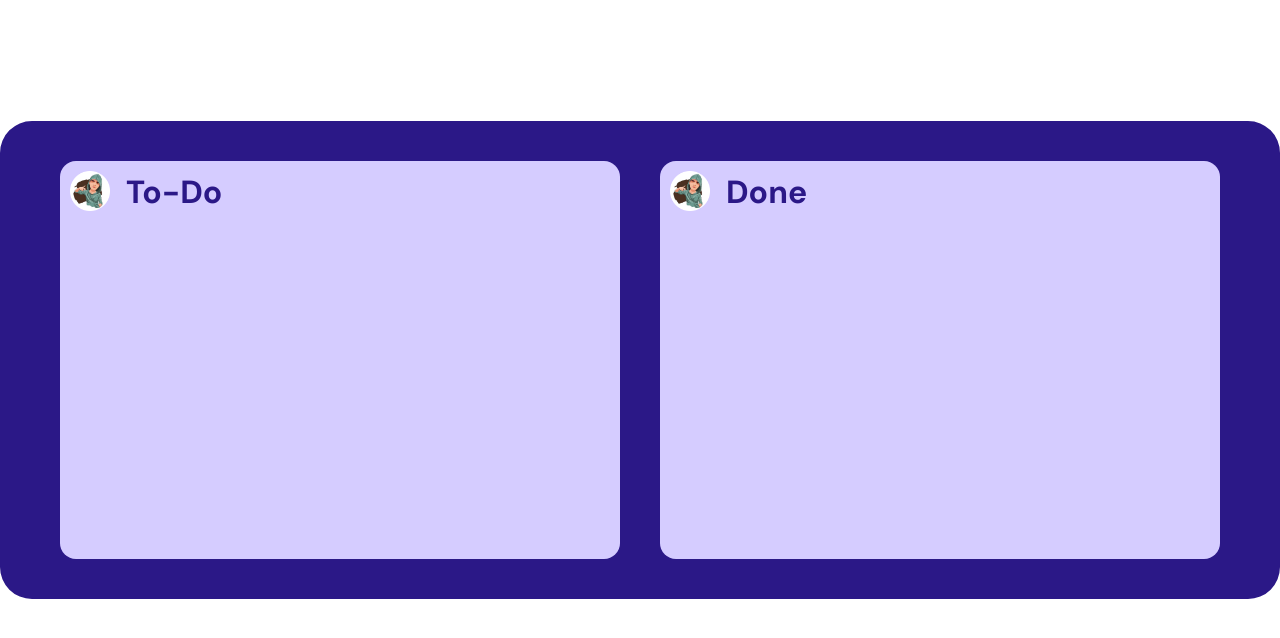
Repository: VitasYo/Kanban
Page: index.html
An editor plug-in stored every save of this project. The page is shown before and after the next save, followed by the edit.
The browser window is 1280 px wide. The pictures show the whole page.

Above is the page before, as saved 2024-04-14 23:41:38.

### index.html
<!DOCTYPE html>
<html lang="en">
<head>
  <meta charset="UTF-8">
  <meta name="viewport" content="width=device-width, initial-scale=1.0">
  <link rel="stylesheet" href="./src/assets/css/index.css">
  <title>To-Do-List-Kanban</title>
</head>
<body>
  <main class="kanban">
    <section class="kanban__column kanban__column_to_do">
      <div class="kanban__title_and_icon">
        <img height=40 width=40 src="src/assets/img/Avatar.jpg" alt="Аватар">
        <h2 class="kanban__title">To-Do</h2>
      </div>

    </section>

    <section class="kanban__column kanban__column--done">
      <div class="kanban__title_and_icon">
        <img height=40 width=40 src="src/assets/img/Avatar.jpg" alt="Аватар">
        <h2 class="kanban__title">Done</h2>
      </div>
    </section>
  </main>
  </body>
<script src="./src/assets/js/index.js"></script>
</html>

### src/assets/css/index.css
@import url('https://fonts.googleapis.com/css2?family=DM+Sans:opsz,wght@9..40,100;9..40,200;9..40,300;9..40,400;9..40,500;9..40,600;9..40,700;9..40,800;9..40,900;9..40,1000&display=swap');
@import './component/_kanban.css';
@import './_media.css';



* {
  font-family: 'DM Sans', sans-serif;
}

* {
  box-sizing: border-box;
  margin: 0;
  padding: 0;
}

body {
  font-family: 'Arial', sans-serif;
  background-color: white;
  color: white;
  display: flex;
  flex-direction: column;
  min-height: 100vh;
}


.header__title,
.footer__text {
  margin: 0;
  padding: 10px 0;
}

.container {
  width: 100%;
  padding-right: 15px;
  padding-left: 15px;
  margin-right: auto;
  margin-left: auto;
}

### src/assets/css/component/_kanban.css
.kanban {
    display: flex;
    flex-wrap: wrap;
    justify-content: space-around;
    flex-grow: 1;
    flex: 0 0 100%;
    border-radius: 32px;
    border: 40px solid #2B1887;
    background-color: #2B1887;
    display: grid;
    grid-template-columns: 1fr 1fr;
    margin: auto;
}

.kanban__column {
    height: 398px;
    width: 560px;
    background-color: #D5CCFF;
    border-radius: 16px;
    padding: 10px;
    margin: 0 20px;
}

.kanban__title {
    color: #2B1887;
    font-size: 32px;
    margin-bottom: 24px;
    padding-left: 16px;
}

.kanban__title_and_icon {
    display: flex;
}

### src/assets/css/_media.css
@media (min-width: 576px) {
    .container {
        max-width: 540px;
    }
}

@media (min-width: 768px) {
    .container {
        max-width: 720px;
    }
}

@media (min-width: 992px) {
    .container {
        max-width: 960px;
    }
}

@media (min-width: 1200px) {
    .container {
        max-width: 1140px;
    }
}

@media (min-width: 1400px) {
    .container {
        max-width: 1320px;
    }
}

@media screen and (min-width: 640px) {
    .kanban__column {
        flex: 0 0 calc(33.333% - 20px);
    }
}

Loaded but not shown: src/assets/js/index.js (no stored copy; drawn as an empty file)

After the next save:
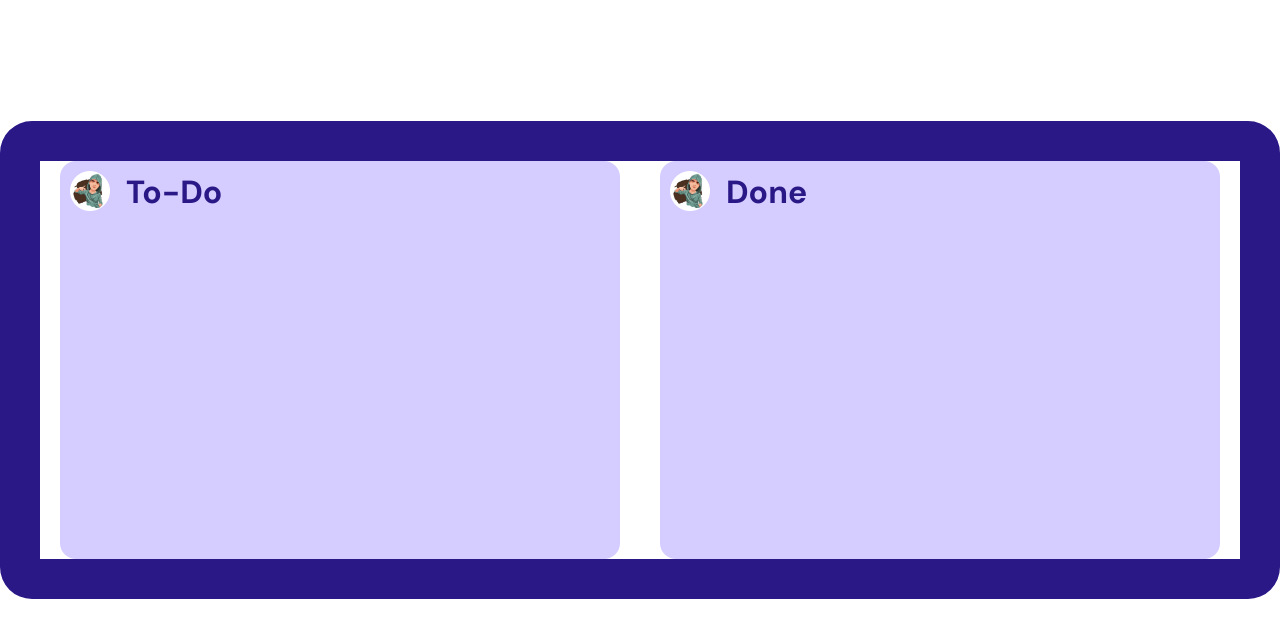
Saved 22 s later.
--- a/src/assets/css/component/_kanban.css
+++ b/src/assets/css/component/_kanban.css
@@ -6,7 +6,6 @@
     flex: 0 0 100%;
     border-radius: 32px;
     border: 40px solid #2B1887;
-    background-color: #2B1887;
     display: grid;
     grid-template-columns: 1fr 1fr;
     margin: auto;

After the save that followed:
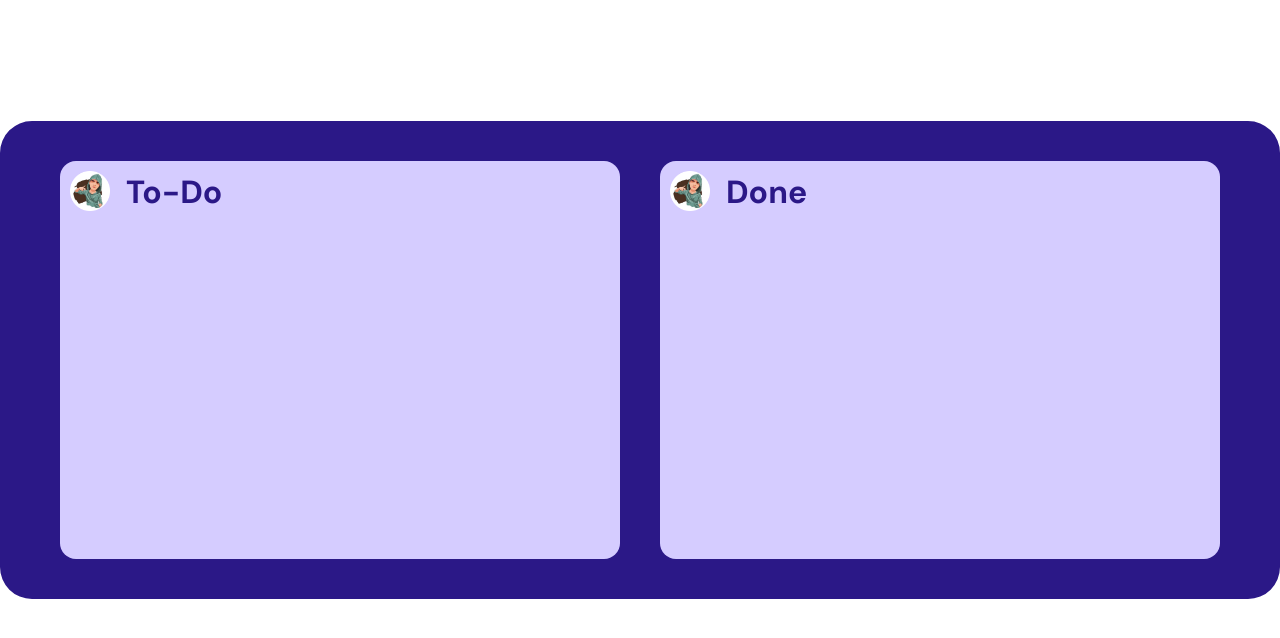
Saved 32 s later.
--- a/src/assets/css/component/_kanban.css
+++ b/src/assets/css/component/_kanban.css
@@ -6,6 +6,7 @@
     flex: 0 0 100%;
     border-radius: 32px;
     border: 40px solid #2B1887;
+    background-color: #2B1887;
     display: grid;
     grid-template-columns: 1fr 1fr;
     margin: auto;
